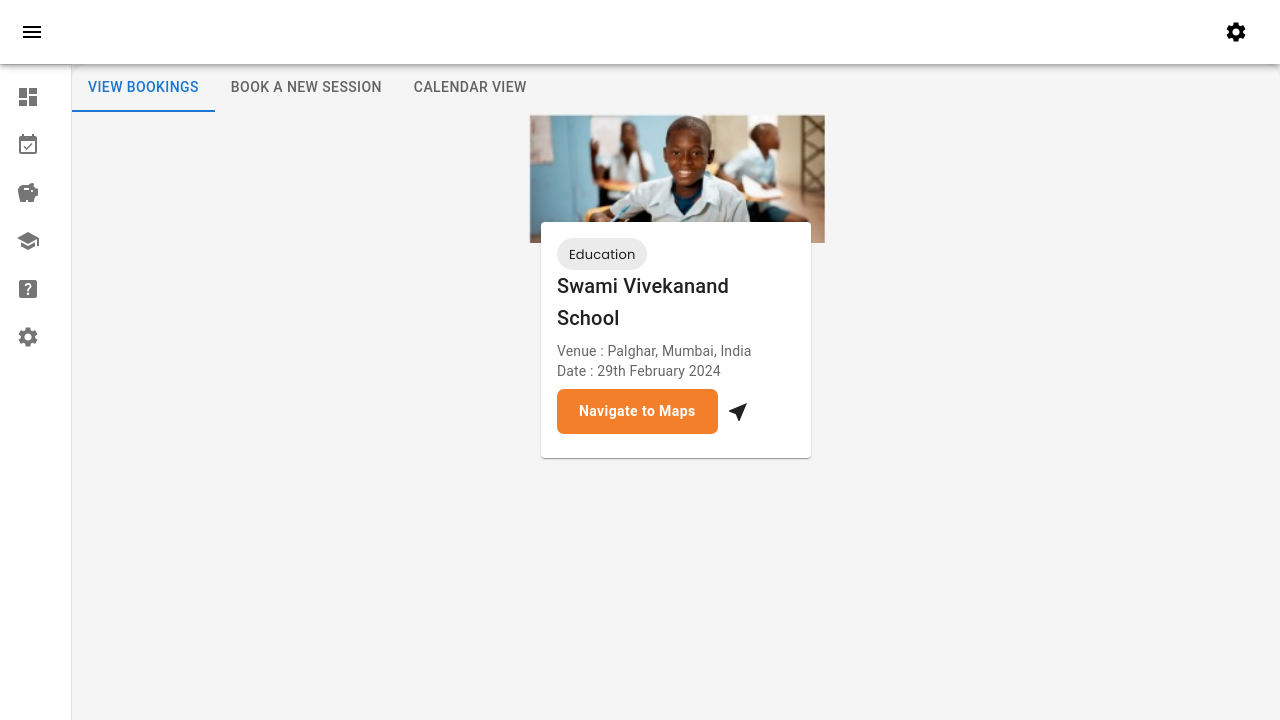
Repository: shubhampirate/Google_Solutions_Edural
Page: /bookings
The author's editor kept a copy of each file at every save. The page is drawn from the files as they stood at one save, then again after the next save.
The browser window is 1280 px wide. The pictures show the whole page.
An inner scrolling area shows only its first screen. The project was rebuilt for these pictures with package versions that can differ from the ones it lists, and the page was loaded fresh each time. Some packages were replaced by stand-ins written for this rebuild. Also part of the build but not shown: src/Components/Navbar.jsx, src/Components/Footer.jsx, src/Components/CongratsCard.jsx, src/pages/Hero/Hero.jsx, src/pages/Dashboard/Dashboard.jsx, src/pages/Sign_in.jsx, src/pages/Bookings/LicenseCard.jsx.

Above is the page before, as saved 2024-02-04 18:14:28.

After the next save:
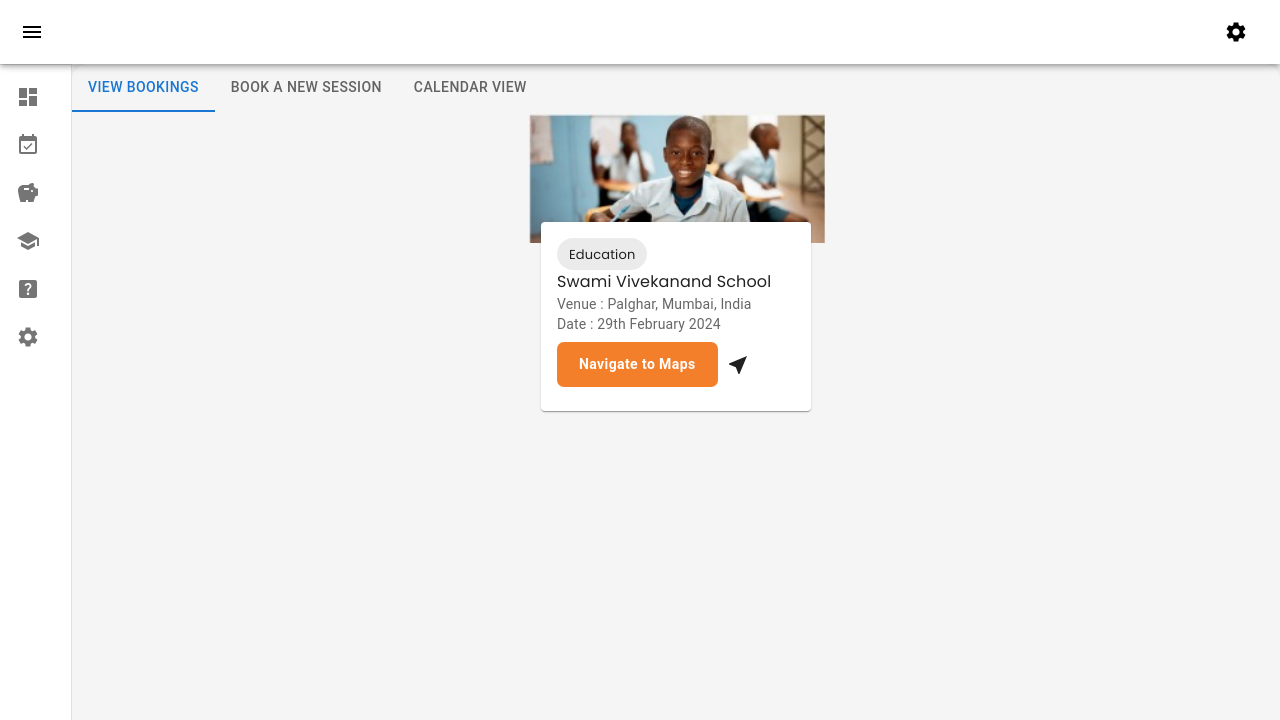
Saved 23 s later.
--- a/src/pages/Bookings/bookings.jsx
+++ b/src/pages/Bookings/bookings.jsx
@@ -85,7 +85,7 @@ export default function Booking() {
                <CardContent>
                <Chip size="sm" variant="soft" label="Education" />
            <br />
-           <Typography variant="h6" gutterBottom>
+           <Typography variant="h7" gutterBottom>
            Swami Vivekanand School
             </Typography>
 
